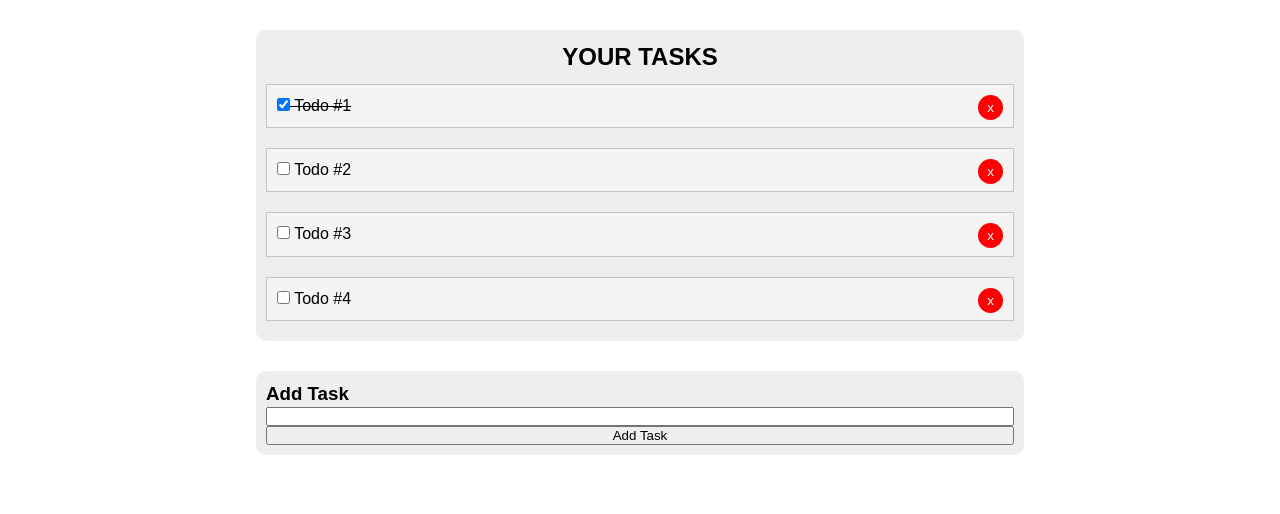
Repository: n0rthern-light/vuejs-taskmanager
Page: /
An editor plug-in stored every save of this project. The page is shown before and after the next save, followed by the edit.
The browser window is 1280 px wide. The pictures show the whole page.
The project was rebuilt for these pictures with package versions that can differ from the ones it lists, and the page was loaded fresh each time.

Above is the page before, as saved 2019-02-18 16:14:41.

### src/App.vue
<template>
  <div id="app">
    <h3>{{msg}}</h3>
    <Todos :todos="todos" v-on:del-todo="delTodo" v-on:update-array="updateArr"/>
    <TodoAdd />
  </div>
</template>

<script>

import Todos from '@/components/Todos.vue';
import TodoAdd from '@/components/TodoAdd.vue';

export default {
  name: 'app',
  components: {
    Todos,
    TodoAdd
  },
  data() {
    return {
      todos: [
        {
          id: 1,
          title: 'Todo #1',
          completed: true
        },
        {
          id: 2,
          title: 'Todo #2',
          completed: false
        },
        {
          id: 3,
          title: 'Todo #3',
          completed: false
        },
        {
          id: 4,
          title: 'Todo #4',
          completed: false
        }
      ],
      msg: ''
    }
  },
  methods: {
    /* eslint-disable */
    setCookie(cname, cvalue, exdays) {
      var d = new Date();
      d.setTime(d.getTime() + (exdays*24*60*60*1000));
      var expires = "expires="+ d.toUTCString();
      document.cookie = cname + "=" + cvalue + ";" + expires + ";path=/";
    },
    getCookie(cname) {
      var name = cname + "=";
      var decodedCookie = decodeURIComponent(document.cookie);
      var ca = decodedCookie.split(';');
      for(var i = 0; i <ca.length; i++) {
        var c = ca[i];
        while (c.charAt(0) == ' ') {
          c = c.substring(1);
        }
        if (c.indexOf(name) == 0) {
          return c.substring(name.length, c.length);
        }
      }
      return "";
    },
    delTodo(id) {
      console.log('delTodo');
      this.todos = this.todos.filter((el) => el.id !== id);
    },
    updateArr(obj) {
      console.log('updateArr');
      this.todos = this.todos.
      map((el) => el.id === obj.id ? obj : el).
      sort((a, b) => a.id - b.id).
      sort((a, b) => a.completed - b.completed);

      this.setCookie('todos', JSON.stringify(this.todos), 60)
    }

  },
  mounted() {
    console.log('mounted');
    this.todos = JSON.parse(this.getCookie('todos'));

    this.todos = this.todos.sort((a, b) => a.id - b.id).
      sort((a, b) => a.completed - b.completed);
  }
}
</script>

<style>
* {
  box-sizing: border-box;
  margin: 0;
  padding: 0;
}

body {
  font-family: Arial, Helvetica, sans-serif;
  line-height: 1.4;
}
</style>

### src/components/Todos.vue
<template>
  <div class="container">
    <span class="title">YOUR TASKS</span>
    <div v-for="todo in todos" :key="todo.id">
      <TodoItem :todo="todo" v-on:del-todo="$emit('del-todo', todo.id)" v-on:update-array="$emit('update-array', todo)"/>
    </div>
  </div>
</template>

<script>
import TodoItem from './TodoItem.vue';

export default {
  components: {
    TodoItem
  },
  name: 'Todos',
  props: ['todos']
}
</script>

<style scoped>
.container {
  padding: 10px;
  background-color: #eee;
  border-radius: 10px;
  margin: 30px auto 0 auto;
  width: 80%;
  max-width: 768px;
  display: flex;
  flex-direction: column;
}

.container .title {
  text-align: center;
  font-size: 1.5em;
  font-weight: 600;
}

.container div {
  flex: 1;
}
</style>

### src/components/TodoAdd.vue
<template>
  <div class="container">
    <h3>Add Task</h3>
    <input type="text"/>
    <button class="btn" @click="$emit('add-todo', title)">Add Task</button>
  </div>
</template>

<script>
export default {
  name: 'TodoAdd',
  data () {
    return {
      title: ''
    }
  }
}
</script>

<style scoped>
.container {
  padding: 10px;
  background-color: #eee;
  border-radius: 10px;
  margin: 30px auto 0 auto;
  width: 80%;
  max-width: 768px;
  display: flex;
  flex-direction: column;
}
</style>

### src/components/TodoItem.vue
<template>
  <div class="todo-item" :class="{'is-complete':todo.completed}">
    <p>
      <input type="checkbox" v-on:change="markComplete(); $emit('update-array', todo);" :checked="this.todo.completed">
      {{todo.title}}
      <button @click="$emit('del-todo', todo.id)" class="del">x</button>
    </p>
  </div>
</template>

<script>
export default {
  name: 'TodoItem',
  props: ['todo'],
  methods: {
    markComplete () {
      this.todo.completed = !this.todo.completed;
    }
  },
  mounted () {

  }
}
</script>

<style scoped>
  .todo-item {
    background: #f4f4f4;
    padding: 10px;
    margin: 10px 0;
    border: 1px solid rgba(0,0,0,0.2);
  }

  .is-complete {
    text-decoration: line-through;
  }

  .del {
    background: #ff0000;
    color: #fff;
    border: none;
    padding: 5px 9px;
    border-radius: 50%;
    cursor: pointer;
    float: right;
  }
</style>

Loaded but not shown: src/main.js (common file)

After the next save:
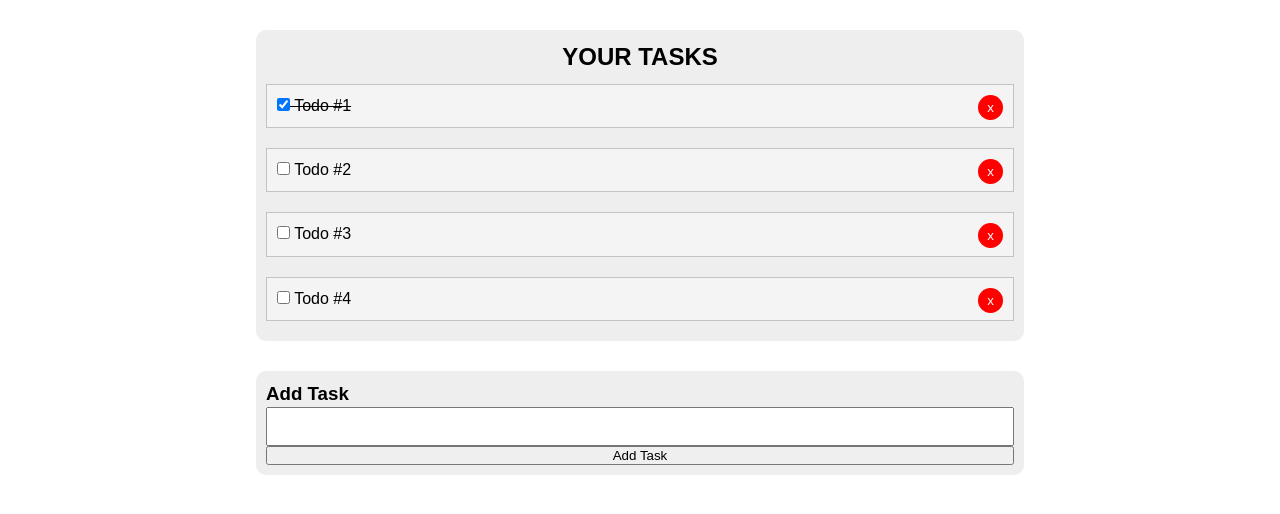
Saved 26 s later.
--- a/src/components/TodoAdd.vue
+++ b/src/components/TodoAdd.vue
@@ -28,4 +28,9 @@ export default {
   display: flex;
   flex-direction: column;
 }
+
+.container input {
+  padding: 10px;
+}
+
 </style>
